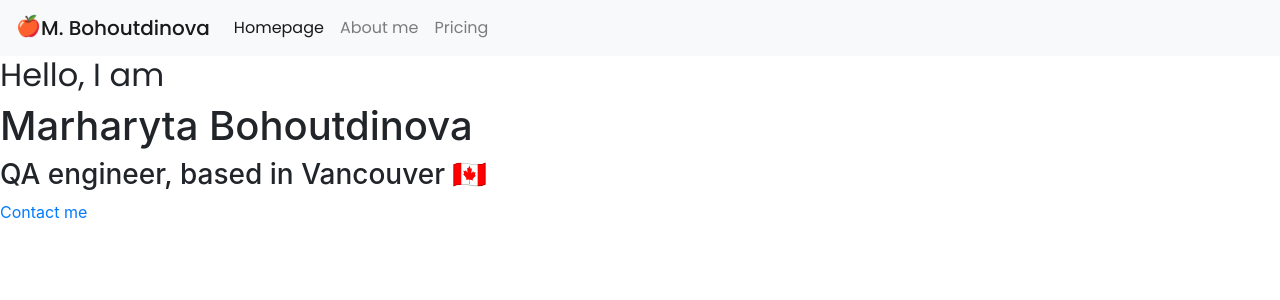
Repository: Bohoutdinova/Portfolio_week-4
Page: index.html
These files come from the project's save history. The page is drawn as it stood at one moment and after the next save; the edit follows.
The browser window is 1280 px wide. The pictures show the whole page.

Above is the page before, as saved 2022-08-10 18:03:19.

After the next save:
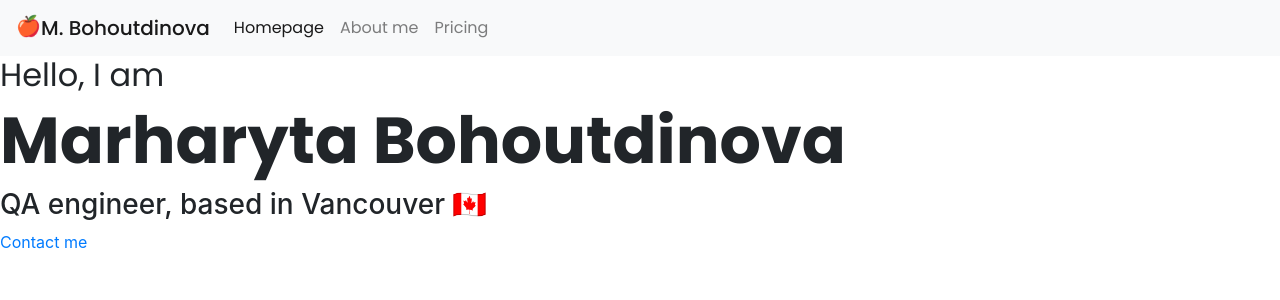
Saved 40 s later.
--- a/src/style.css
+++ b/src/style.css
@@ -27,3 +27,8 @@
   font-family: var(--main-family-font);
   font-weight: 400;
 }
+h1 {
+  font-family: var(--main-family-font);
+  font-weight: 700;
+  font-size: 65px;
+}
